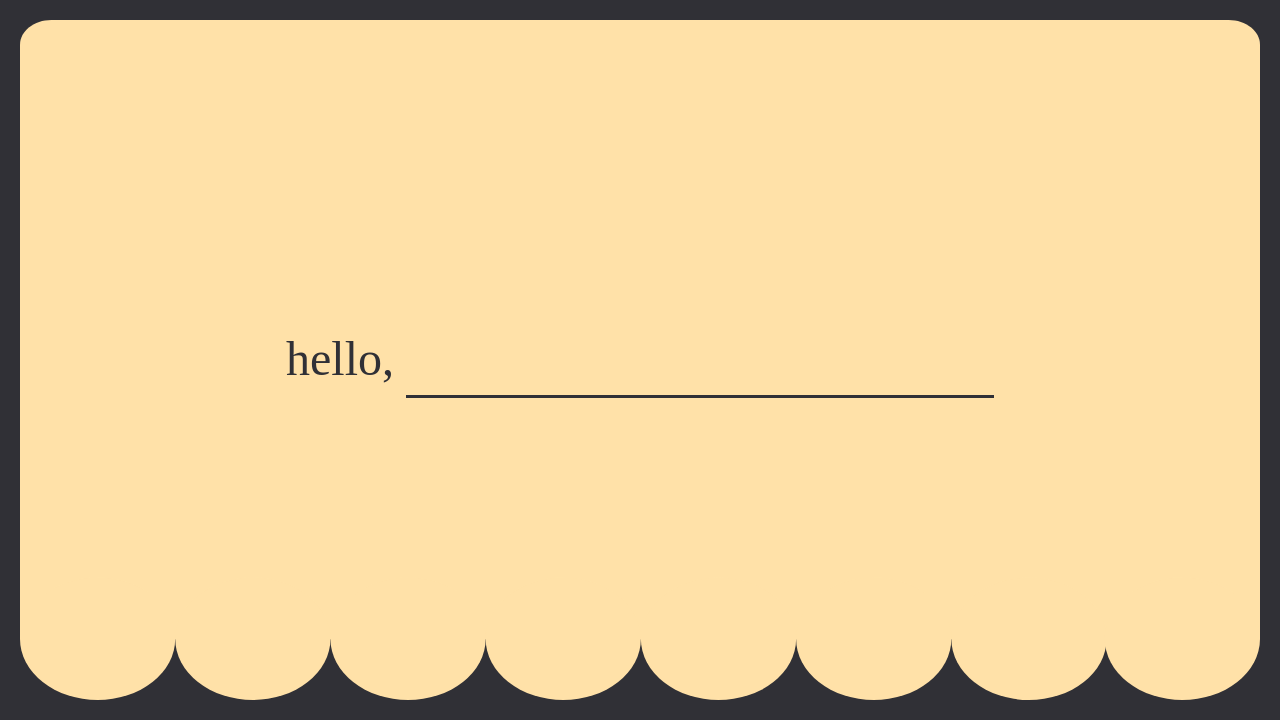
Repository: zhangolivia7/rot-recovery
Page: /
The author's editor kept a copy of each file at every save. The page is drawn from the files as they stood at one save, then again after the next save.
The browser window is 1280 px wide. The pictures show the whole page.
Some web fonts or font styles are not loaded; a fallback is used. The project was rebuilt for these pictures with package versions that can differ from the ones it lists, and the page was loaded fresh each time. The framework's server and built-in components were replaced by stand-ins that run in the browser. Also part of the build but not shown: next.config.ts.

Above is the page before, as saved 2025-03-30 11:29:09.

After the next save:
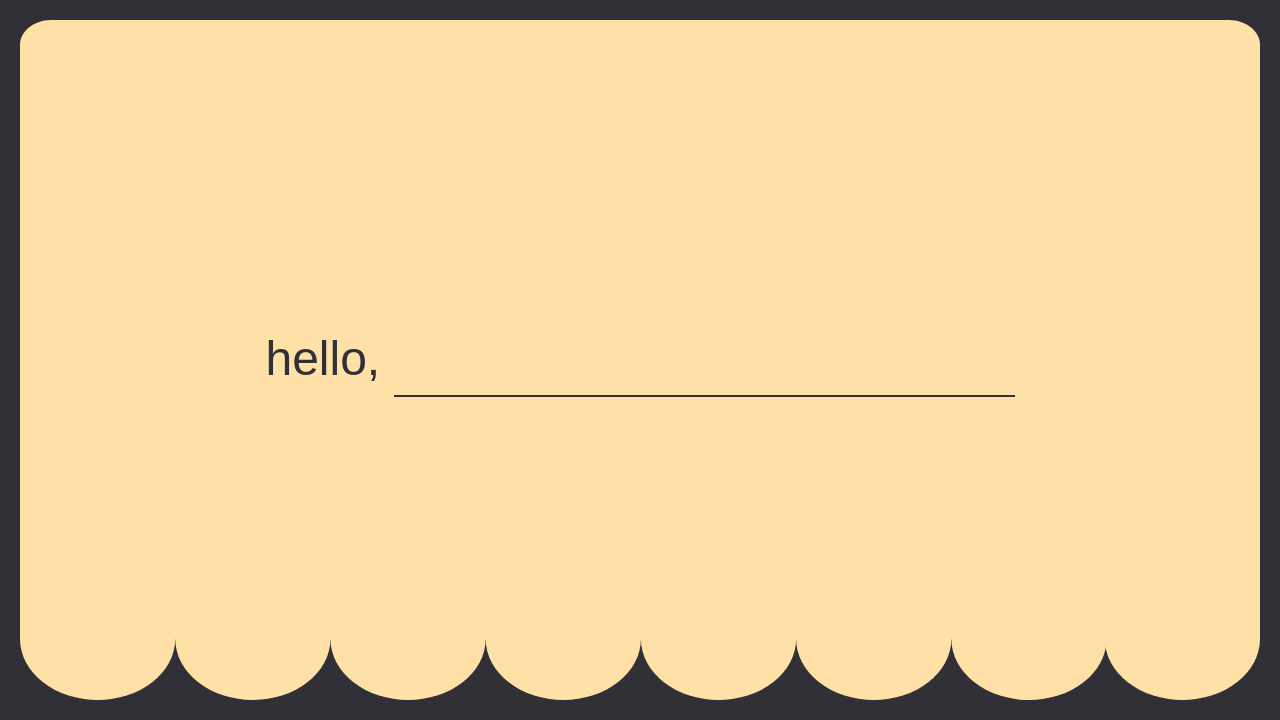
Saved 10 min 30 s later.
--- a/src/app/globals.css
+++ b/src/app/globals.css
@@ -1,5 +1,4 @@
 @import url('https://fonts.googleapis.com/css2?family=Shrikhand&display=swap');
-@import url('https://fonts.googleapis.com/css2?family=Shanti&display=swap');
 @import "tailwindcss";
 
 @theme inline {
@@ -8,7 +7,6 @@
   --font-sans: var(--font-geist-sans);
   --font-mono: var(--font-geist-mono);
   --font-shrikhand: 'Shrikhand', cursive;
-  --font-Lalezar: 'Shanti', normal;
 }
 
 :root {
@@ -46,7 +44,7 @@ html {
 body {
   background: var(--background);
   color: var(--foreground);
-  font-family: "Shanti";
+  font-family: 'Lexend', sans-serif;
 }
 
 h1 {
@@ -54,7 +52,7 @@ h1 {
 }
 
 #helloText {
-  border-bottom: 3px solid var(--background);
+  border-bottom: 2px solid var(--background);
 }
 
 #helloText:focus {
@@ -71,40 +69,8 @@ h1 {
   display: flex;
   flex-direction: column;
   margin: 10px;
-  color: var(--background);
-}
-
-#doneButton {
-  border: 1px solid var(--foreground);
-  background-color: var(--background);
-  color: var(--foreground);
-  border-radius: 20px;
-  width: 20%;
-  margin-left: auto;
-  margin-right: auto;
-}
-
-#doneButton:hover {
-  cursor: pointer;
-  border: 1px solid var(--background);
-  color: var(--background);
-  background-color: var(--foreground);
-
 }
 
 #s1 h1 {
   color: var(--background);
-  font-family: var(--font-shrikhand);
 }
-
-#s1 input {
-  font-weight: 100;
-}
-
-#schedule {
-  color: var(--foreground);
-}
-
-#taskInput {
-  border-radius: 0px;
-}
